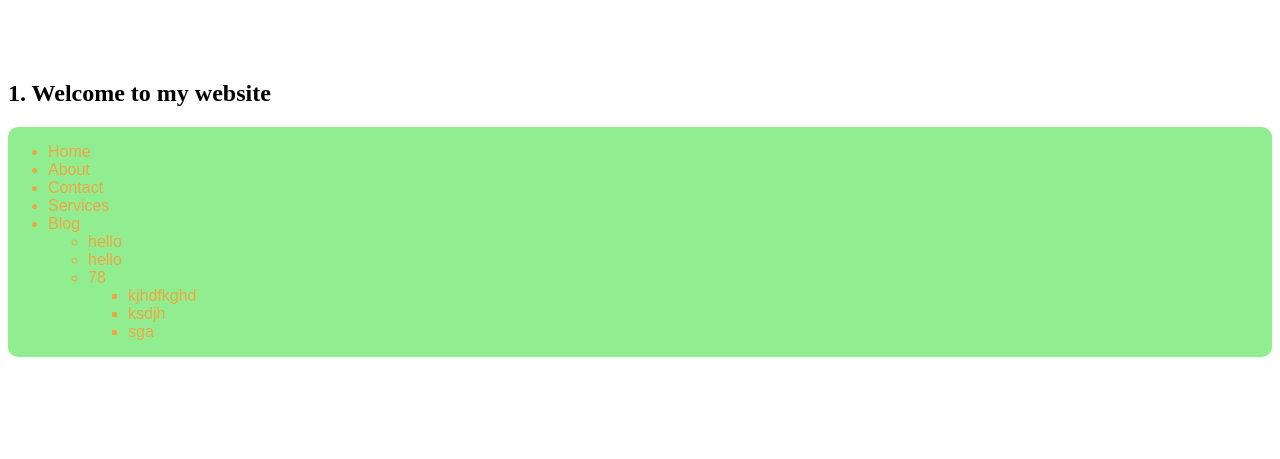
Repository: phulkeshwarmahto/CompleteJS
Page: index.html
The author's editor kept a copy of each file at every save. The page is drawn from the files as they stood at one save, then again after a run of saves.
The browser window is 1280 px wide. The pictures show the whole page.

Above is the page before, as saved 2025-06-25 12:47:34.

After the next 6 saves:
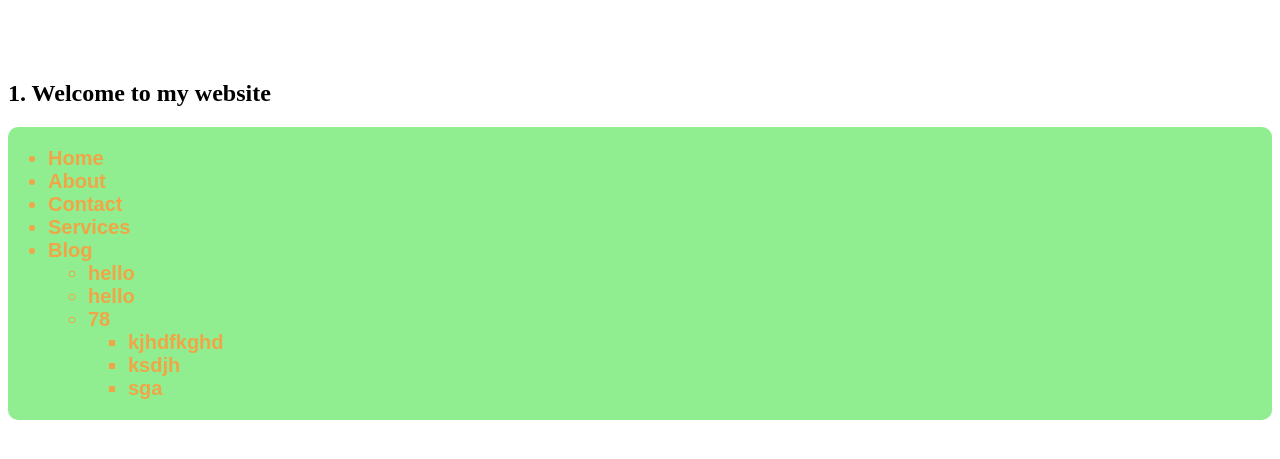
The 6 saves are shown as one change because they came seconds apart.
The last was saved 44 s later.
--- a/DocumentObjectModel(DOM).js
+++ b/DocumentObjectModel(DOM).js
@@ -121,6 +121,8 @@ Each node can have attributes, child nodes, and text content.
 let div = document.querySelector("div");
 console.log(div.style); // Accessing the style property of the <div> element
 console.log(div.style.color); // Accessing the color style of the <div> element
-console.log(div.style.backgroundColor = "lightgreen"); // Accessing the background color style of the <div> element
+console.log(div.style.backgroundColor = "lightgreen"); //  Setting the background color style of the <div> element
+console.log(div.style.fontSize = "20px"); // Setting the font size style of the <div> element
+console.log(div.style.fontWeight = "bold"); // Setting the font weight style of the <
 console.log(div.style.fontSize); // Accessing the font size style of the <div>
 console.log(div.style.fontWeight); // Accessing the font weight style of the <div>
